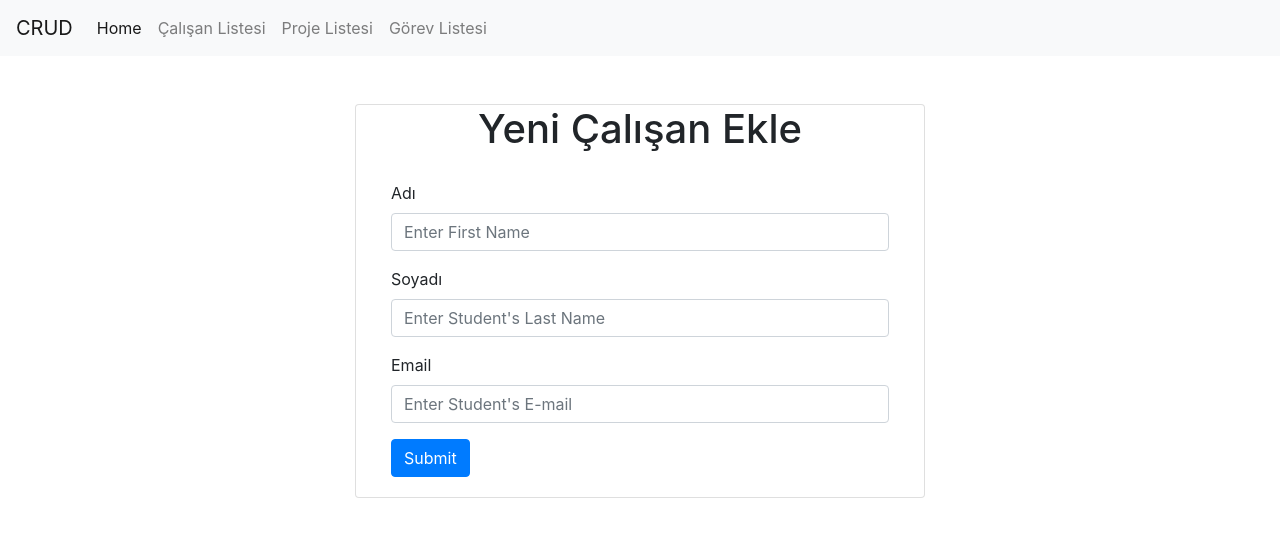
Repository: AhmetOzgul/veri_Taban-_proje
Page: http://localhost/user-add
An editor plug-in stored every save of this project. The page is shown before and after the next save, followed by the edit.
The browser window is 1280 px wide. The pictures show the whole page.
The page is this project's Thymeleaf template; nobody is signed in. The template is opened directly, without the code that normally fills it, so the values that code supplies are empty.

Above is the page before, as saved 2024-01-17 21:03:31.

### vtys2/vtys/src/main/resources/templates/user-add.html
<!DOCTYPE html>
<html lang="en" xmlns:th="http://www.thymeleaf.org">
<head>
    <meta charset="UTF-8">
    <meta name="viewport" content="width=device-width, initial-scale=1.0">
    <title>Student Managements</title>
	<link rel="stylesheet" href="https://cdn.jsdelivr.net/npm/bootstrap@4.0.0/dist/css/bootstrap.min.css" integrity="sha384-Gn5384xqQ1aoWXA+058RXPxPg6fy4IWvTNh0E263XmFcJlSAwiGgFAW/dAiS6JXm" crossorigin="anonymous">
</head>
<body>
	<nav class="navbar navbar-expand-lg navbar-light bg-light">
		<a class="navbar-brand" href="#">CRUD</a>
		<button class="navbar-toggler" type="button" data-toggle="collapse" data-target="#navbarNav" aria-controls="navbarNav" aria-expanded="false" aria-label="Toggle navigation">
		  <span class="navbar-toggler-icon"></span>
		</button>
		<div class="collapse navbar-collapse" id="navbarNav">
		  <ul class="navbar-nav">
			<li class="nav-item active">
			  <a class="nav-link" href="/">Home<span class="sr-only">(current)</span></a>
			</li>
			<li class="nav-item">
			  <a class="nav-link" href="/users">Çalışan Listesi</a>
			</li>
			<li class="nav-item">
				<a class="nav-link" href="/projects">Proje Listesi</a>
			  </li>
			<li class="nav-item">
				<a class="nav-link" href="/tasks">Görev Listesi</a>
			  </li>
		  </ul>
		</div>
	  </nav>
	  <br>
	</br>
    <div class="container">
		<div class="row">
			<div class="col-lg-6 col-md-6 col-sm-6 container justify-content-center card">
				<h1 class="text-center">Yeni Çalışan Ekle</h1>
				<div class="card-body">
					<form th:action="@{/users/add}" th:object="${user}" method="POST">
						<div class="form-group">
							<label>Adı</label>
							<input
							type="text"
							name="firtsName"
							th:field="*{firstName}"
							class="form-control"
							placeholder="Enter First Name "
							/>
						</div>
						<div class="form-group">
							<label>Soyadı</label>
							<input
							type="text"
							name="lastName"
							th:field="*{lastName}"
							class="form-control"
							placeholder="Enter Student's Last Name "
							/>
						</div>
						<div class="form-group">
							<label>Email</label>
							<input
							type="text"
							name="email"
							th:field="*{email}"
							class="form-control"
							placeholder="Enter Student's E-mail "
							/>
						</div>

						<div class="box-footer">
							<button type="submit" class="btn btn-primary">Submit</button>
						</div>
					</form>
				</div>
			</div>
		</div>
	</div>
</body>
</html>

After the next save:
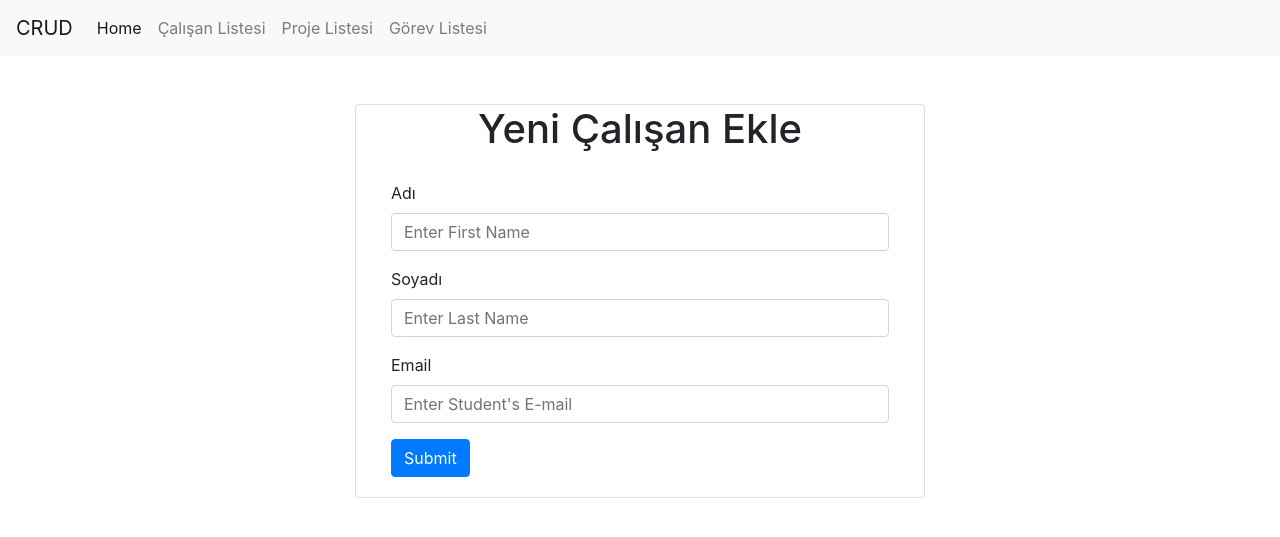
Saved 5 s later.
--- a/vtys2/vtys/src/main/resources/templates/user-add.html
+++ b/vtys2/vtys/src/main/resources/templates/user-add.html
@@ -54,7 +54,7 @@
 							name="lastName"
 							th:field="*{lastName}"
 							class="form-control"
-							placeholder="Enter Student's Last Name "
+							placeholder="Enter Last Name "
 							/>
 						</div>
 						<div class="form-group">
